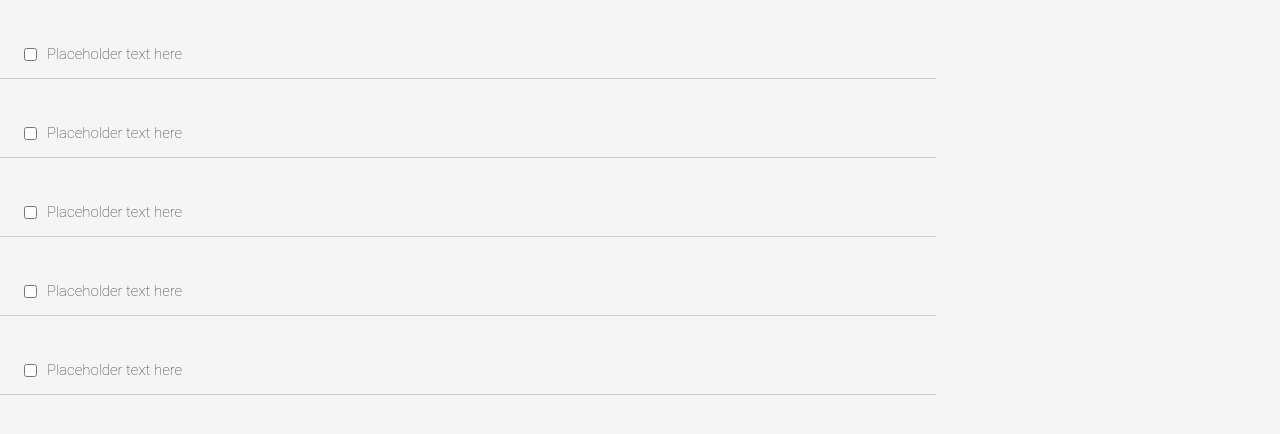
Repository: 0101chaitanya/react-todo
Page: /
These files come from the project's save history. The page is drawn as it stood at one moment and after the next save; the edit follows.
The browser window is 1280 px wide. The pictures show the whole page.
The project was rebuilt for these pictures with package versions that can differ from the ones it lists, and the page was loaded fresh each time.

Above is the page before, as saved 2021-07-21 17:42:08.

### src/App.js
import "./App.css";
import TodoComp from "./components/todoComp";
import todosData from "./todoExamples";
function App() {
  const todoItems = todosData.map((item) => (
    <TodoComp item={item} key={item.id} />
  ));
  return todoItems;
}

export default App;

### src/App.css
body {
  background-color: whitesmoke;
}

.todo-list {
  background-color: white;
  margin: auto;
  width: 20%;
  display: flex;
  flex-direction: column;
  align-items: center;
  border: 1px solid #efefef;
  box-shadow:
    /* The top layer shadow */ 0 1px 1px rgba(0, 0, 0, 0.15),
    /* The second layer */ 1px 10px 0 -5px #eee,
    /* The second layer shadow */ 0 10px 1px -4px rgba(0, 0, 0, 0.15),
    /* The third layer */ 0 20px 0 -10px #eee,
    /* The third layer shadow */ 0 20px 1px -9px rgba(0, 0, 0, 0.15);
  padding: 30px;
}

.todo-item {
  display: flex;
  justify-content: flex-start;
  align-items: center;
  padding: 30px 20px 0;
  width: 70%;
  border-bottom: 1px solid #cecece;
  font-family: Roboto, sans-serif;
  font-weight: 100;
  font-size: 15px;
  color: #333333;
}

input[type="checkbox"] {
  margin-right: 10px;
  font-size: 30px;
}

input[type="checkbox"]:focus {
  outline: 0;
}

### src/components/todoComp.js
import React from "react";

function TodoComp() {
  return (
    <div className="todo-item">
      <input type="checkbox" />
      <p>Placeholder text here</p>
    </div>
  );
}

export default TodoComp;

### src/todoExamples.js
const todosData = [
  {
    id: 1,
    text: "Take out the trash",
    completed: true,
  },
  {
    id: 2,
    text: "Grocery shopping",
    completed: false,
  },
  {
    id: 3,
    text: "Clean gecko tank",
    completed: false,
  },
  {
    id: 4,
    text: "Mow lawn",
    completed: true,
  },
  {
    id: 5,
    text: "Catch up on Arrested Development",
    completed: false,
  },
];

export default todosData;

Loaded but not shown: public/index.html (common file); src/index.js (common file); src/index.css (common file); src/reportWebVitals.js (common file)

After the next save:
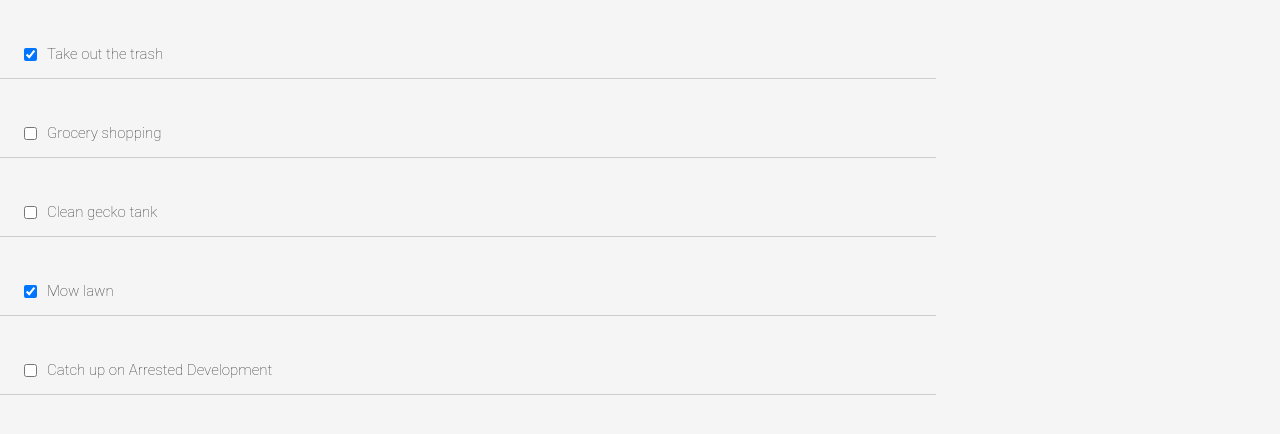
Saved 119 s later.
--- a/src/components/todoComp.js
+++ b/src/components/todoComp.js
@@ -1,10 +1,10 @@
 import React from "react";
 
-function TodoComp() {
+function TodoComp(props) {
   return (
     <div className="todo-item">
-      <input type="checkbox" />
-      <p>Placeholder text here</p>
+      <input type="checkbox" checked={props.item.completed} />
+      <p>{props.item.text}</p>
     </div>
   );
 }
